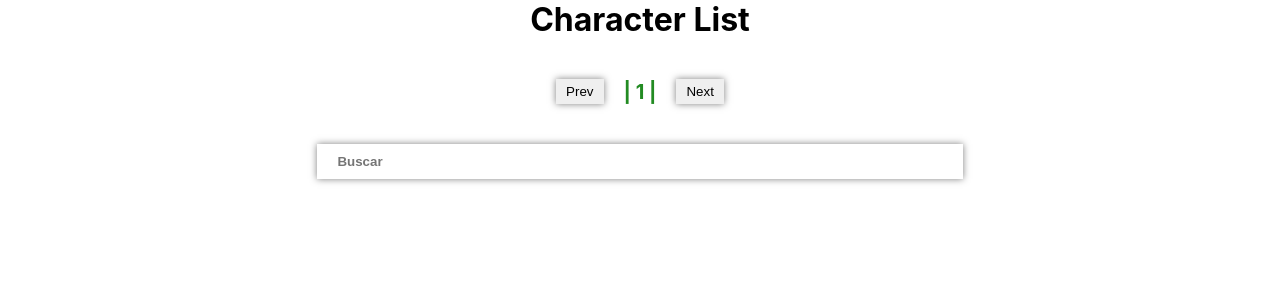
Repository: DanielVegaf/rick-and-morty-api
Page: /
An editor plug-in stored every save of this project. The page is shown before and after the next save, followed by the edit.
The browser window is 1280 px wide. The pictures show the whole page.
The page's requests for data from a server got no answer. The project was rebuilt for these pictures with package versions that can differ from the ones it lists, and the page was loaded fresh each time. No one was signed in, and anything a server would have sent is missing. Also part of the build but not shown: vite.config.js, src/components/characterDetails/CharacterDetails.jsx.

Above is the page before, as saved 2022-07-11 12:02:53.

### src/App.jsx
import { Routes, Route } from 'react-router-dom';

import './App.css'
import { CharacterDetails } from './components/characterDetails/CharacterDetails';
import { CharactersList } from './components/characterList/CharactersList';


function App() {

  return (
    <div className="App">
        <Routes>
          <Route path='/' element={<CharactersList />}/>
          <Route path='/character/:characterId' element={<CharacterDetails />}/>
        </Routes>
    </div>
  )
}

export default App

### src/App.css
*{
  margin: 0;
  padding: 0;
  box-sizing: border-box;
  text-decoration: none;
}

.App {
  display: flex;
  flex-direction: column;
  align-items: center;
  text-align: center;
}

.container{
  width: 70%;
  margin: 20px;
}

.buttons{
  display: flex;
  align-items: center;
  justify-content: center;
  padding: 20px;
}

.buttons button{
  border: none;
  margin: 0 20px;
  padding: 5px 10px;
  cursor: pointer;
  transition: transform .1s ease-in-out;
  box-shadow: 0 0 7px rgb(0, 0, 0, 0.5);
}
.buttons button:active {
  transform: scale(.93);
}
.page{
  color: forestgreen;
  font-weight: bold;
  font-size: 20px;
}

input{
  margin: 20px 0 40px;
  padding: 10px 20px;
  border: none;
  box-shadow: 0 0 7px rgb(0, 0, 0, 0.5);
  font-weight: bold;
  outline: none;
  width: 72%;
}

.gallery{
  display: flex;
  align-items: center;
  justify-content: center;
  margin: 0 0 40px;
}

.infoImage{
  width: 300px;
  height: 300px;
  overflow: hidden;
}

.infoImage img{
  width: inherit;
  height: inherit;
  transition: transform .2s ease-in-out;
}

.infoImage img:hover{
  transition: transform .2s ease-in-out;
  transform: scale(1.1);
}


.info{
  width: 300px;
  box-shadow: 0 5px 10px rgb(0, 0, 0, 0.5);
  color: forestgreen;
  font-weight: bold;
  font-size: 24px;
  cursor: pointer;
}

.info:active{
  transform: scale(.99);
}

.infoName{
  padding: 20px;
}

### src/components/characterList/CharactersList.jsx
import { useState, useEffect, useRef } from 'react';
import { Link } from 'react-router-dom';

import { getAllCharacters, searchCharacter } from '../../services/api';

export function CharactersList() {

    const inputSearch = useRef(null);
    const [character, setCharacter] = useState([])
    const [page, setPage] = useState(1)
    const [search, setSearch] = useState("")

    useEffect(() => {
        getAllCharacters(page)
            .then(setCharacter)
            .catch(console.log)
    }, [page])

    const onChangePage = (next) => {
        if (!character.previous && page + next <= 0) return;
        if (!character.next && page + next >= 42) return;

        setPage(page + next)
    }

    const onTextSearch = (event) => {
        event.preventDefault();
        const text = inputSearch.current.value;
        setSearch(text);
    }

    const onSearchSubmit = (event) => {
        if (event.key !== 'Enter') return;

        inputSearch.current.value = "";
        searchCharacter(search).then(setCharacter).catch(console.log);
    }

    return (
        <>
            <h1>Character List</h1>
            <div className="container">

                <div className="buttons">
                    <button onClick={() => onChangePage(-1)}>Prev</button>
                    <p className='page'>| {page} |</p>
                    <button onClick={() => onChangePage(1)}>Next</button>
                </div>

                <input
                    ref={inputSearch}
                    type="text"
                    onChange={onTextSearch}
                    onKeyDown={onSearchSubmit}
                    placeholder="Buscar"
                />

                {
                    character?.results?.map((char, index) => {
                        return (
                            <div
                                className='gallery'
                                key={index}
                            >
                                <Link to={`/character/${char.id}`}>
                                    <div className="info">
                                        <div className="infoImage">
                                            <img src={char.image} alt="" />
                                        </div>
                                        <div className="infoName">
                                            <p>{char.name}</p>
                                        </div>
                                    </div>
                                </Link>
                            </div>
                        )
                    })
                }
            </div>
        </>
    );
};

### src/services/api.js
const BASE_URL = "https://rickandmortyapi.com/api/character";

export async function getAllCharacters(page = 1){
    try {
        const response = await fetch(`${BASE_URL}/?page=${page}`);
        const data = await response.json();
        // console.log(data);
        return data;
    } catch (error) {
        console.log(error);
    }
}

export async function searchCharacter(name){
    try {
        const response = await fetch(`${BASE_URL}/?name=${name}`)
        const data = await response.json();
        // console.log(data);
        return data;
    } catch (error) {
        console.log(error);
    }
}


export async function getSingleCharacter(id){
    try {
        const response = await fetch(`${BASE_URL}/${id}`);
        const data = await response.json();
        // console.log(data);
        return data;
    } catch (error) {
        console.log(error);
    }
}

Loaded but not shown: index.html (common file); src/main.jsx (common file); src/index.css (common file)

After the next save:
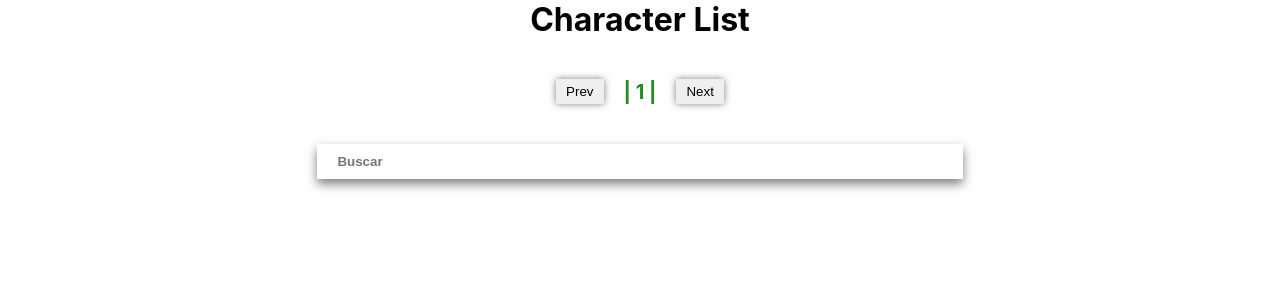
Saved 23 s later.
--- a/src/App.css
+++ b/src/App.css
@@ -45,7 +45,7 @@ input{
   margin: 20px 0 40px;
   padding: 10px 20px;
   border: none;
-  box-shadow: 0 0 7px rgb(0, 0, 0, 0.5);
+  box-shadow: 0 5px 10px rgb(0, 0, 0, 0.5);
   font-weight: bold;
   outline: none;
   width: 72%;
